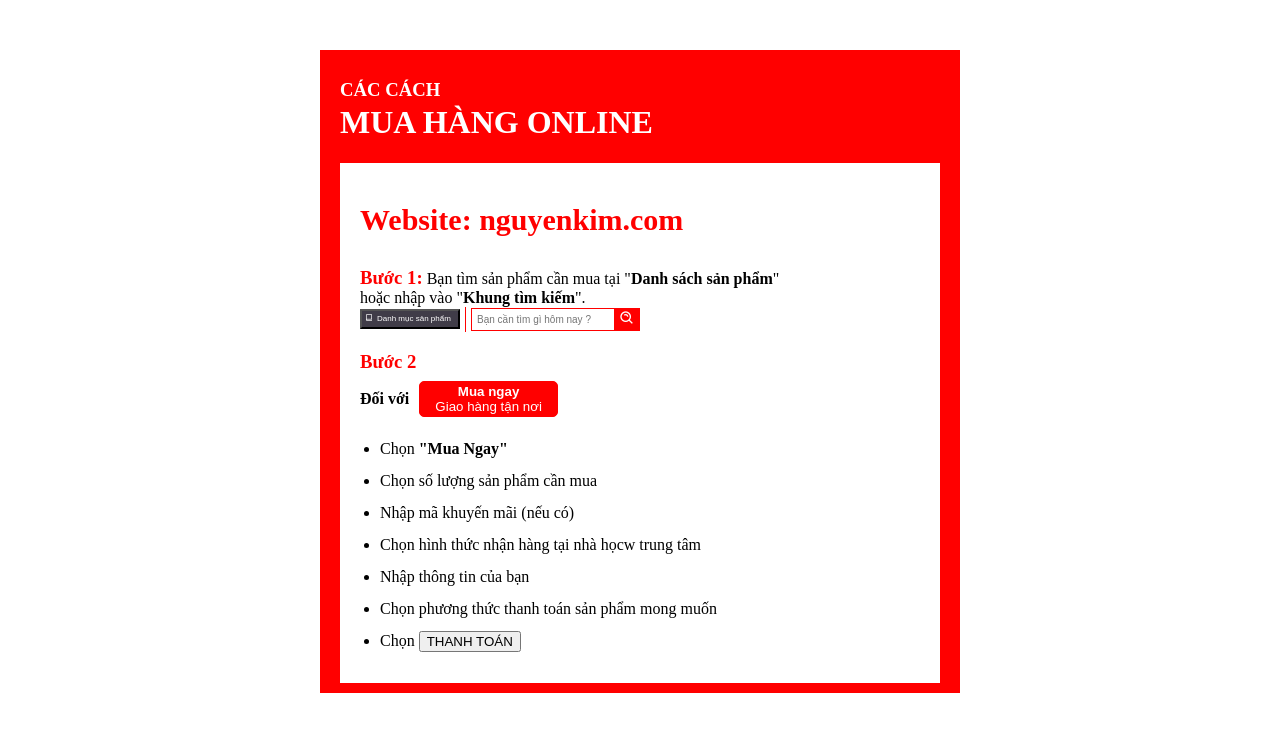
Repository: Tan-Khang21/TH_TKW--Buoi_01
Page: Buoi_01/BT_tren_lop/BT_06/main.html
An editor plug-in stored every save of this project. The page is shown before and after the next save, followed by the edit.
The browser window is 1280 px wide. The pictures show the whole page.

Above is the page before, as saved 2024-01-23 19:38:34.

### Buoi_01/BT_tren_lop/BT_06/main.html
<!DOCTYPE html>
<html lang="en">
  <head>
    <meta charset="UTF-8" />
    <meta name="viewport" content="width=device-width, initial-scale=1.0" />
    <title>Document</title>
    <link rel="stylesheet" href="style.css" />
    <link
      href="https://unpkg.com/boxicons@2.1.4/css/boxicons.min.css"
      rel="stylesheet"
    />
  </head>
  <body>
    <div class="cover">
      <h3 style="color: white">CÁC CÁCH</h3>
      <h1>MUA HÀNG ONLINE</h1>
      <div class="content">
        <h3 style="font-size: 30px">Website: nguyenkim.com</h3>

        <h3 style="display: inline">Bước 1:</h3>
        <span
          >Bạn tìm sản phẩm cần mua tại "<b>Danh sách sản phẩm</b>"<br />
          hoặc nhập vào "<b>Khung tìm kiếm</b>".</span
        >
        <br />
        <div class="Search_product">
          <button>
            <i class="bx bx-book-alt" style="margin-right: 4px"></i> Danh mục
            sản phẩm
          </button>
          <div class="line"></div>
          <form style="display: flex">
            <input
              class="search"
              type="text"
              placeholder="Bạn cần tìm gì hôm nay ?"
            />
            <div class="submit">
              <input
                class="submit_input"
                type="submit"
                name=""
                id="submit_input"
              />
              <label for="submit_input"
                ><i
                  class="bx bx-search-alt"
                  style="
                    position: absolute;
                    z-index: 2;
                    transform: translateX(4px) translateY(2px);
                    color: white;
                  "
                ></i
              ></label>
            </div>
          </form>
        </div>
        <h3>Bước 2</h3>
        <div class="step2">
          <b>Đối với</b>
          <button class="buy_now">
            <b>Mua ngay</b><br /><span>Giao hàng tận nơi</span>
          </button>
        </div>
        <ul class="step2_list">
          <li>Chọn <b>"Mua Ngay"</b></li>
          <li>Chọn số lượng sản phẩm cần mua</li>
          <li>Nhập mã khuyến mãi (nếu có)</li>
          <li>Chọn hình thức nhận hàng tại nhà họcw trung tâm</li>
          <li>Nhập thông tin của bạn</li>
          <li>Chọn phương thức thanh toán sản phẩm mong muốn</li>
          <li>Chọn <button class="button_green">THANH TOÁN</button></li>
        </ul>
      </div>
    </div>
  </body>
</html>

### Buoi_01/BT_tren_lop/BT_06/style.css
body{
    box-sizing: border-box;
}
.cover{
    width: 600px;
    margin: 50px auto;
    background-color: red;
    padding: 10px 20px;
}
h1{
    margin-top: -15px;
    color: white;
}
.content{
    background-color: white;
    padding: 10px 20px;
}
.content h3{
    color:red;
    font-weight: bold;
}
.Search_product{
    display: flex;
    align-items: center;
}
.Search_product button{
    display: flex;
    align-items:baseline;
    font-size: 8px;
    width: 100px;
    height: 20px;
    padding: 3px;
    background-color: #403c48;
    color: white;
}
.line{
    width: 1px;
    height: 25px;
    background-color: red;
    margin: 0 5px
}
.search{
    padding:5px;
    font-size: 10px;
    border: 1px solid red;
}
.submit_input{
    display: none;
}
.submit label{
    position: relative;
}
.submit label::after{
    content: "";
    width:25px;
    height: 23px;
    background-color: red;
    left: 0;
    top: 0;
    position: absolute;
}
.buy_now{
    padding:2px 15px;
    background-color: red;
    border: 1px solid red;
    border-radius: 5px;
    color: white;
    margin-left: 10px;
}
.step2{
    display: flex;
    align-items: center;
    margin-top: -10px;
}
.step2_list{
    margin-left: -20px;
    line-height: 2;
}

After the next save:
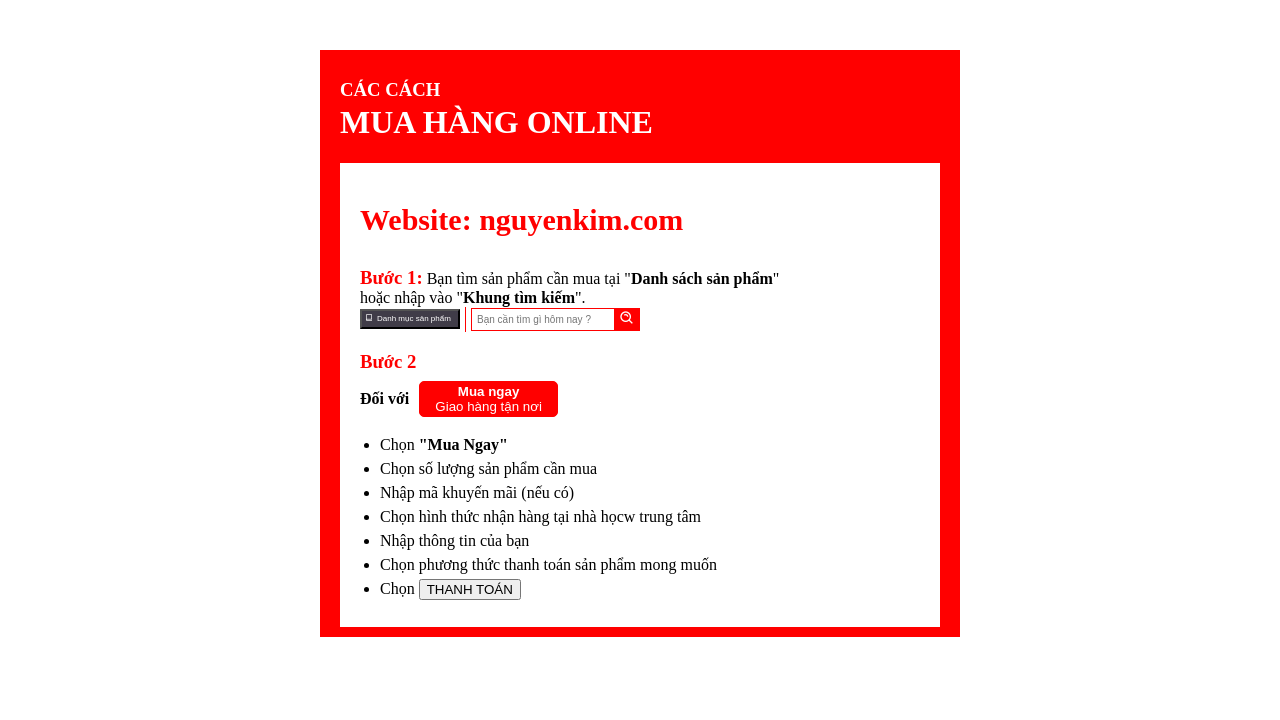
Saved 5 s later.
--- a/Buoi_01/BT_tren_lop/BT_06/style.css
+++ b/Buoi_01/BT_tren_lop/BT_06/style.css
@@ -74,5 +74,5 @@
 }
 .step2_list{
     margin-left: -20px;
-    line-height: 2;
+    line-height: 1.5;
 }
